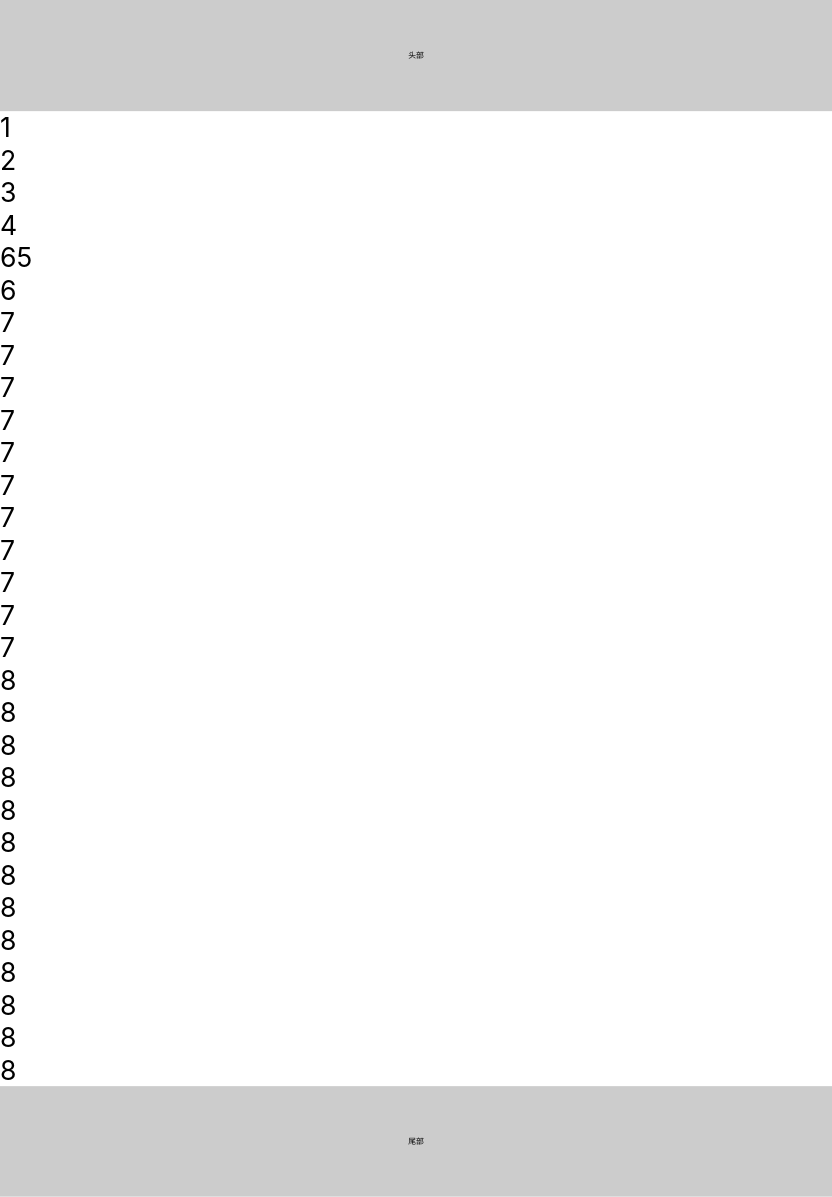
Repository: zjb17395046959/h5-
Page: index.html
An editor plug-in stored every save of this project. The page is shown before and after the next save, followed by the edit.
The browser window is 1280 px wide. The pictures show the whole page, at 65% of full size.
The style sheet was rebuilt from its Sass, Less or Tailwind sources for each picture, by a compiler version that may differ from the author's.

Above is the page before, as saved 2020-09-14 16:00:12.

After the next save:
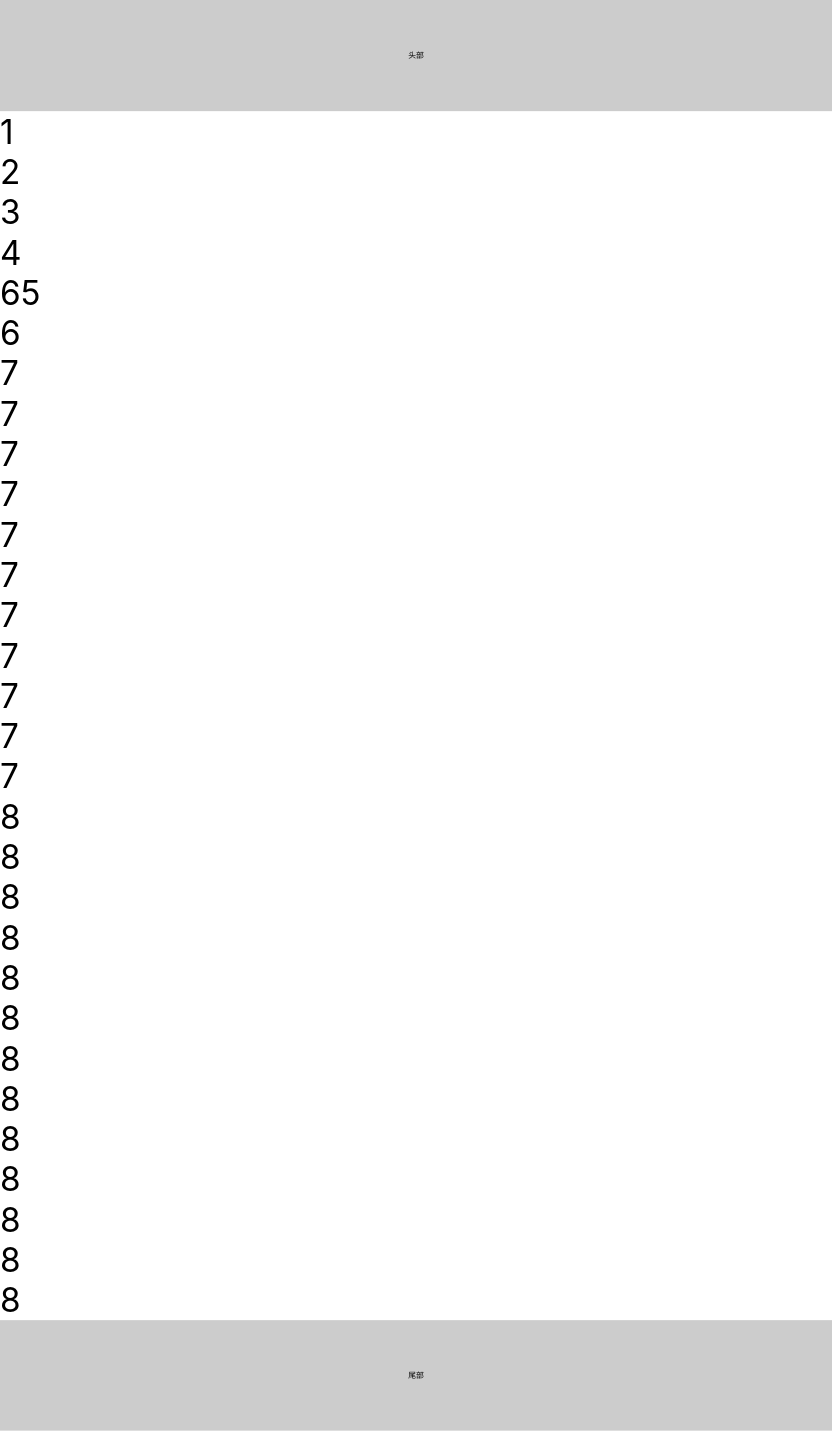
Saved 9 s later.
--- a/css/index.less
+++ b/css/index.less
@@ -21,7 +21,7 @@
         overflow: auto;
         ul{
             li{
-                .vw(font-size,24);
+                .vw(font-size,30);
             }
         }
     }
